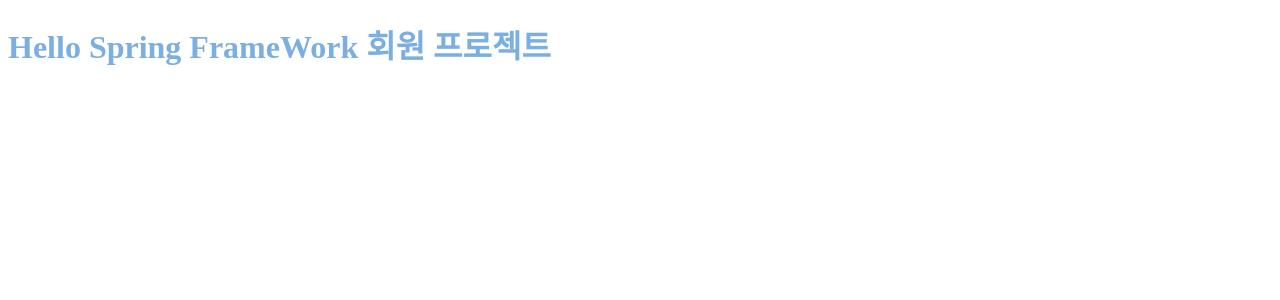
Repository: skrnldudna1/Spring
Page: http://localhost/member_framework/
An editor plug-in stored every save of this project. The page is shown before and after the next save, followed by the edit.
The browser window is 1280 px wide. The pictures show the whole page.
The page is served by Tomcat 9.

Above is the page before, as saved 2024-12-02 01:52:25.

After the next save:
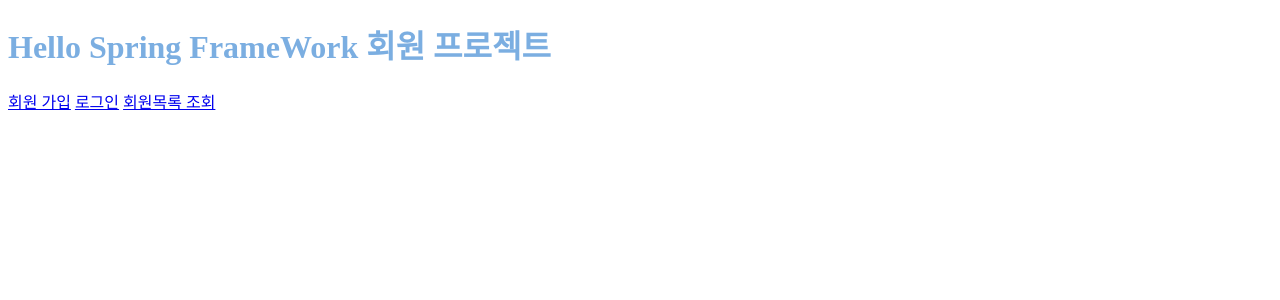
Saved 76 s later.
--- a/회원관리프로그램 실습중(ing)/member_framework/src/main/webapp/WEB-INF/views/index.jsp
+++ b/회원관리프로그램 실습중(ing)/member_framework/src/main/webapp/WEB-INF/views/index.jsp
@@ -9,6 +9,9 @@
 </head>
 <body>
 <h1 style="color: #7BAEE1;">Hello Spring FrameWork 회원 프로젝트</h1>
+<a href = "/member/save">회원 가입</a>
+<a href = "/member/login">로그인</a>
+<a href = "/member/">회원목록 조회</a>
 
 </body>
 </html>
